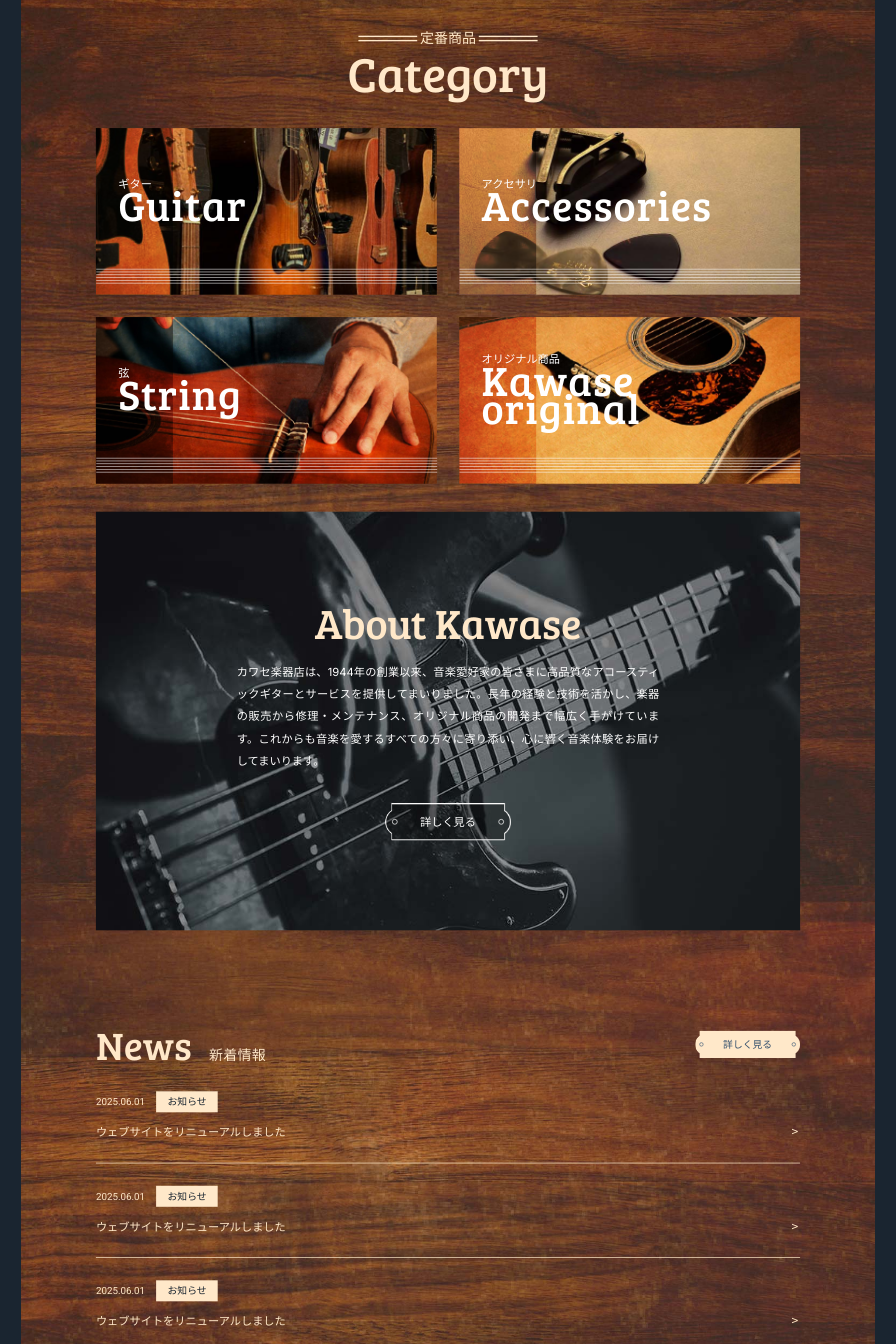
Repository: hyms035k/-----
Page: index.html
The author's editor kept a copy of each file at every save. The page is drawn from the files as they stood at one save, then again after the next save.
The browser window is 1280 px wide. The pictures show the part of the page from y = 2120 to 4040 px (the page is 5249 px tall), at 70% of full size.
Some web fonts or font styles are not loaded; a fallback is used. Some web libraries are served in a nearby version. The style sheet was rebuilt from its Sass, Less or Tailwind sources for each picture, by a compiler version that may differ from the author's.

Above is the page before, as saved 2025-06-05 19:38:13.

After the next save:
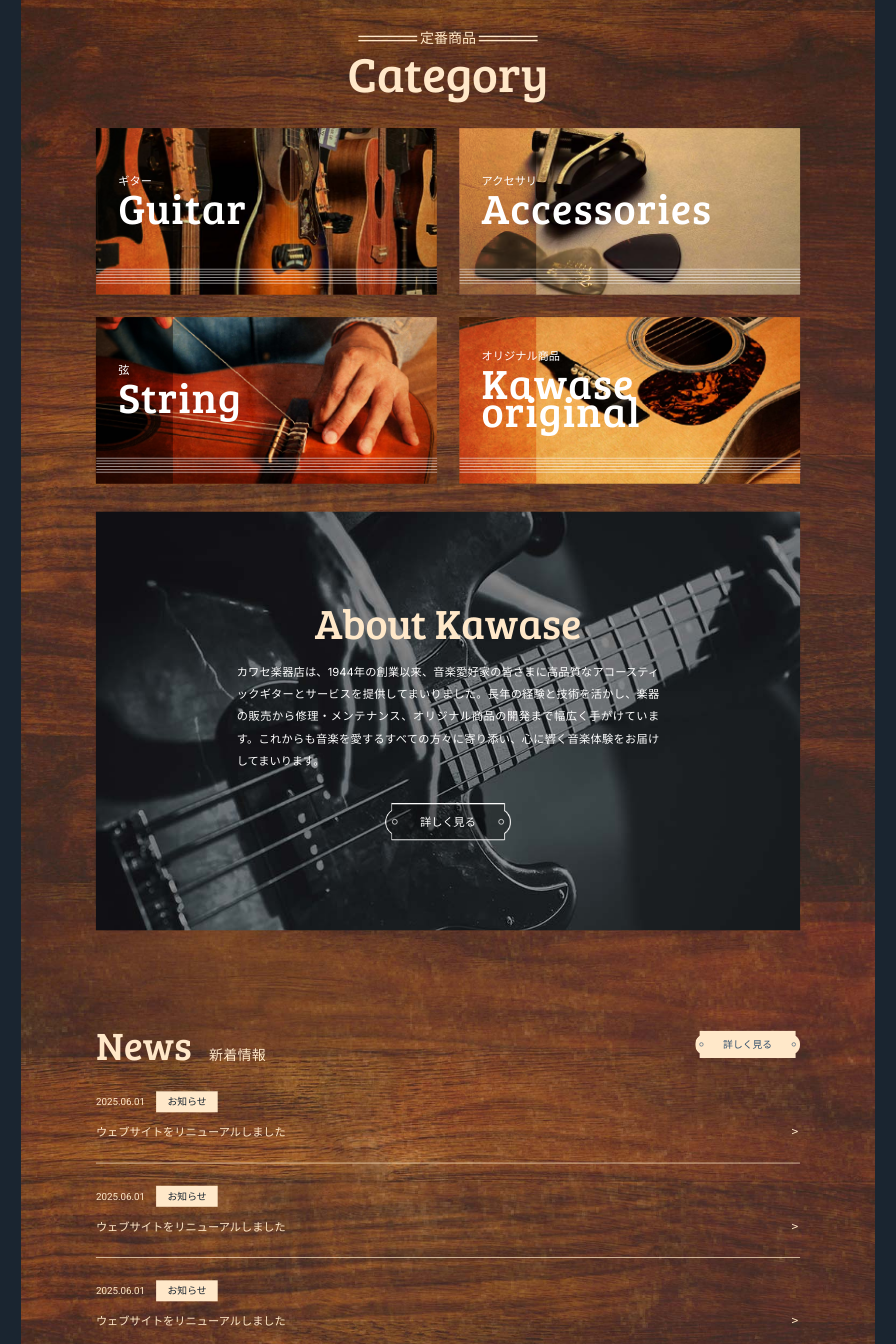
Saved 48 s later.
--- a/index.html
+++ b/index.html
@@ -52,7 +52,7 @@
                 @apply block;
             }
             .category-banner > .banner-label > span > :not(.font-serif) {
-                @apply block font-medium leading-tight;
+                @apply block font-medium leading-tight mb-2;
             }
             .category-banner > .banner-label > span > .font-serif {
                 @apply block text-3xl lg:text-4xl xl:text-[60px] leading-none tracking-wide;
